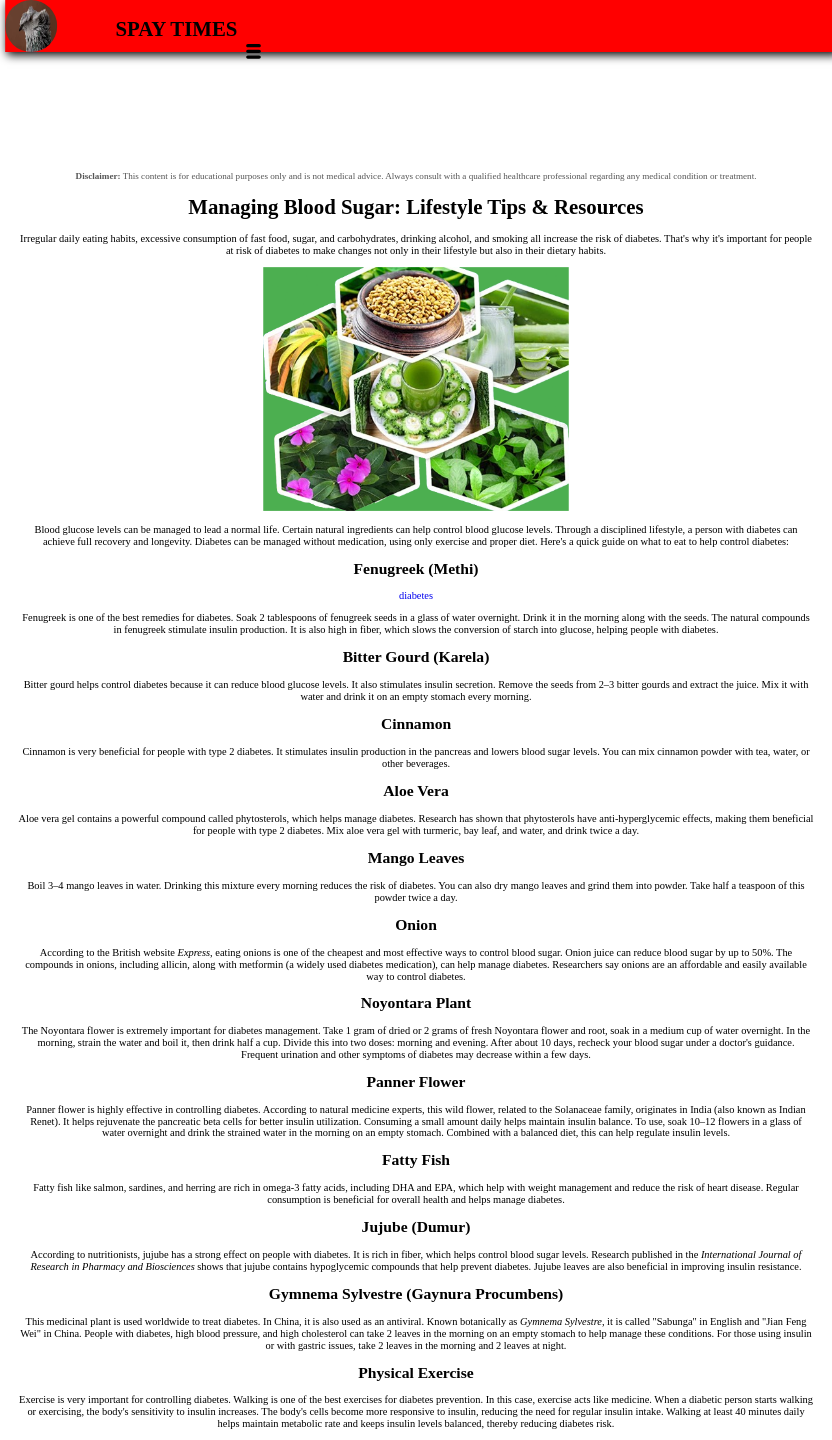
Repository: ridhukhan/spytimes
Page: /blood-sugar-natural-tips
These files come from the project's save history. The page is drawn as it stood at one moment and after the next save; the edit follows.
The browser window is 1280 px wide. The pictures show the whole page, at 65% of full size.
The project was rebuilt for these pictures with package versions that can differ from the ones it lists, and the page was loaded fresh each time. Also part of the build but not shown: vite.config.js, src/components/trending/Trending.jsx, src/components/ads/AdsBanner.jsx, src/pages/home/Home.jsx, src/components/policy/PrivecyPolicy.jsx, src/components/policy/Terms.jsx, src/components/trending/TrendingDetails.jsx, src/pages/heath/Health.jsx and 2 more.

Above is the page before, as saved 2026-01-14 12:27:41.

After the next save:
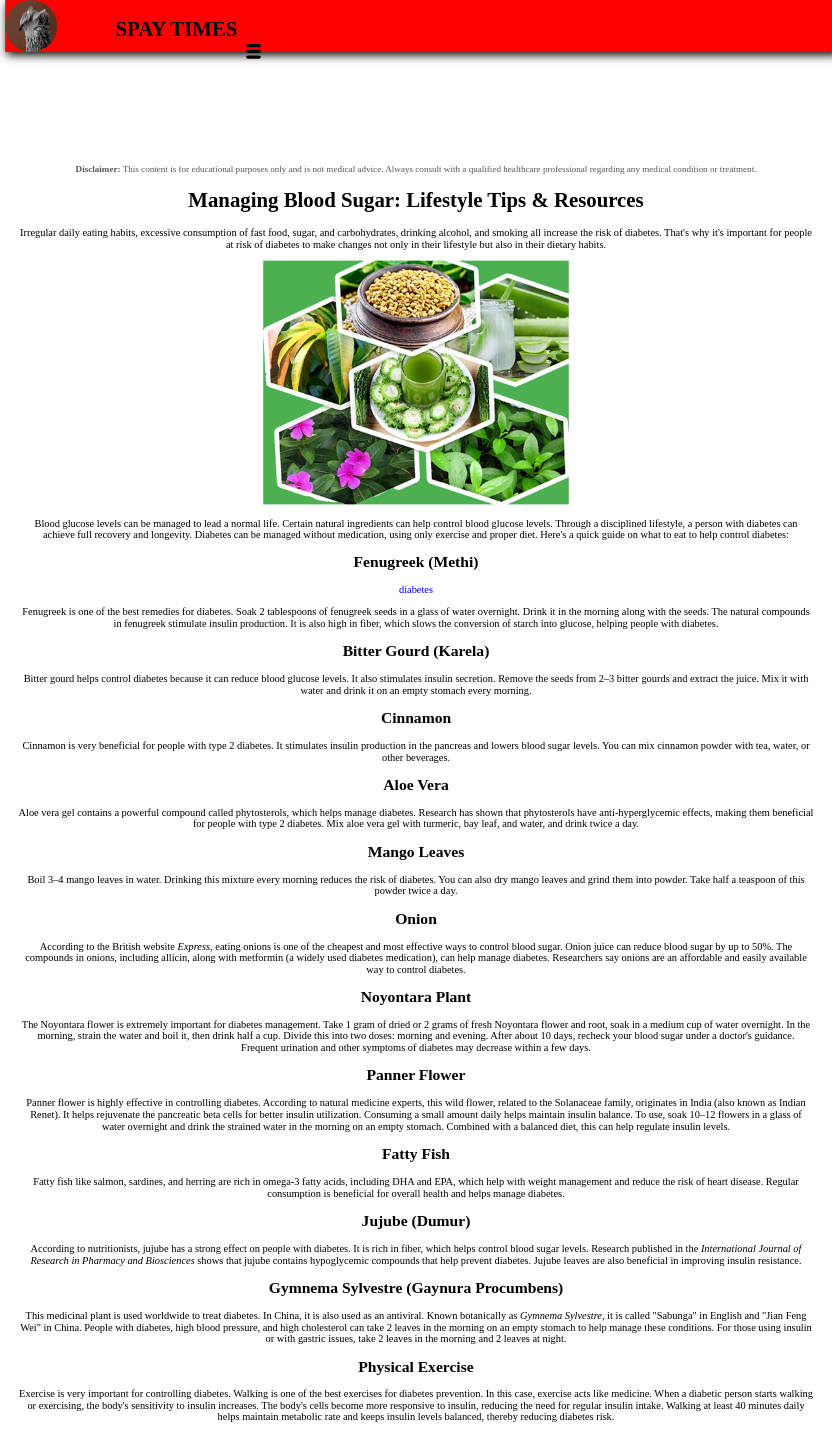
Saved 20 h 47 min later.
--- a/src/App.jsx
+++ b/src/App.jsx
@@ -8,9 +8,6 @@ import Dieabeties from "./pages/heath/Dieabeties"
 import Health from "./pages/heath/Health"
 import Allergy from "./pages/heath/Allergy"
 import WeightLose from "./pages/heath/WeightLose"
-import TopBannerAd from "./components/ads/TopAd"
-import {PopUnderAd }from "./components/ads/PopunderAd"
-
 
 function App() {
 
@@ -18,8 +15,6 @@ function App() {
     <div>
 
    <Navbar/>
-    <PopUnderAd/>
-   <TopBannerAd/>
 
    <Routes>
     <Route path="/" element={<Home/>}/>
